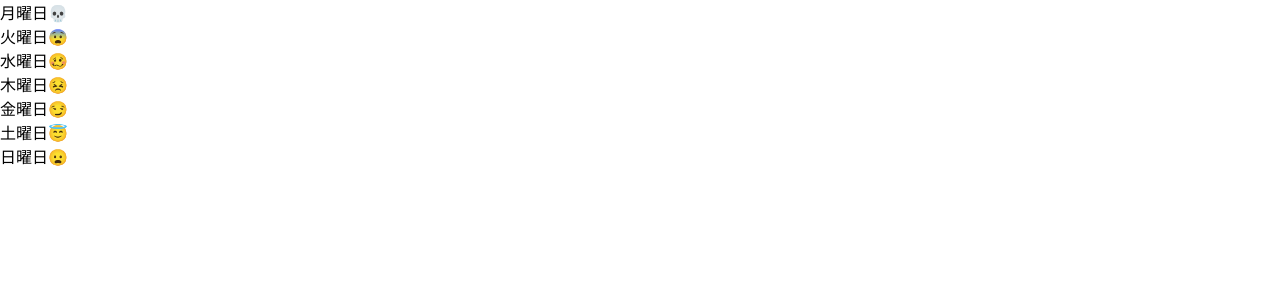
Repository: PUYIXIU/CSSMagic
Page: Animation/ScrollDrivenAnimation/ScrollProgressTimeline.html
The author's editor kept a copy of each file at every save. The page is drawn from the files as they stood at one save, then again after a run of saves.
The browser window is 1280 px wide. The pictures show the whole page.

Above is the page before, as saved 2024-09-03 13:49:36.

### Animation/ScrollDrivenAnimation/ScrollProgressTimeline.html
<!DOCTYPE html>
<html lang="en">
<head>
    <meta charset="UTF-8">
    <meta name="viewport" content="width=device-width, initial-scale=1.0">
    <title>Document</title>
    <link rel="stylesheet" href="../../assets/styles/reset.css">
    <link rel="stylesheet" href="../../assets/styles/font.css">
    <style>
        body{

        }
    </style>
</head>
<body>
    <div class="progress"></div>
    <div class="main-box">
        <div class="kanban">月曜日💀</div>
        <div class="kanban">火曜日😨</div>
        <div class="kanban">水曜日🥴</div>
        <div class="kanban">木曜日😣</div>
        <div class="kanban">金曜日😏</div>
        <div class="kanban">土曜日😇</div>
        <div class="kanban">日曜日😦</div>
    </div>
</body>
</html>

### assets/styles/reset.css
*{
    padding:0;
    margin:0;
}
a{
    text-decoration: none;
}

### assets/styles/font.css
@font-face{
    font-family: 'Xiang Cui';
    font-style: light;
    font-display: swap;
    src:url(../fonts/香萃打字机体\ W15.ttf);
}
@font-face{
    font-family: 'Xiang Cui';
    font-style: normal;
    font-display: swap;
    src:url(../fonts/香萃打字机体\ W35.ttf);
}
@font-face{
    font-family: 'Xiang Cui';
    font-style: bold;
    font-display: swap;
    src:url(../fonts/香萃打字机体\ W40.ttf);
}

After the next 2 saves:
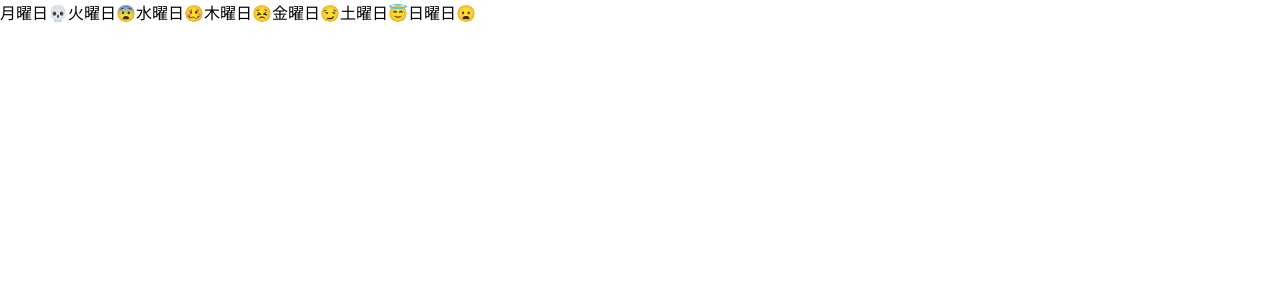
The 2 saves are shown as one change because they came seconds apart.
The last was saved 27 s later.
--- a/Animation/ScrollDrivenAnimation/ScrollProgressTimeline.html
+++ b/Animation/ScrollDrivenAnimation/ScrollProgressTimeline.html
@@ -7,7 +7,10 @@
     <link rel="stylesheet" href="../../assets/styles/reset.css">
     <link rel="stylesheet" href="../../assets/styles/font.css">
     <style>
-        body{
+        .main-box{
+            display: flex;
+        }
+        .kanban{
 
         }
     </style>
